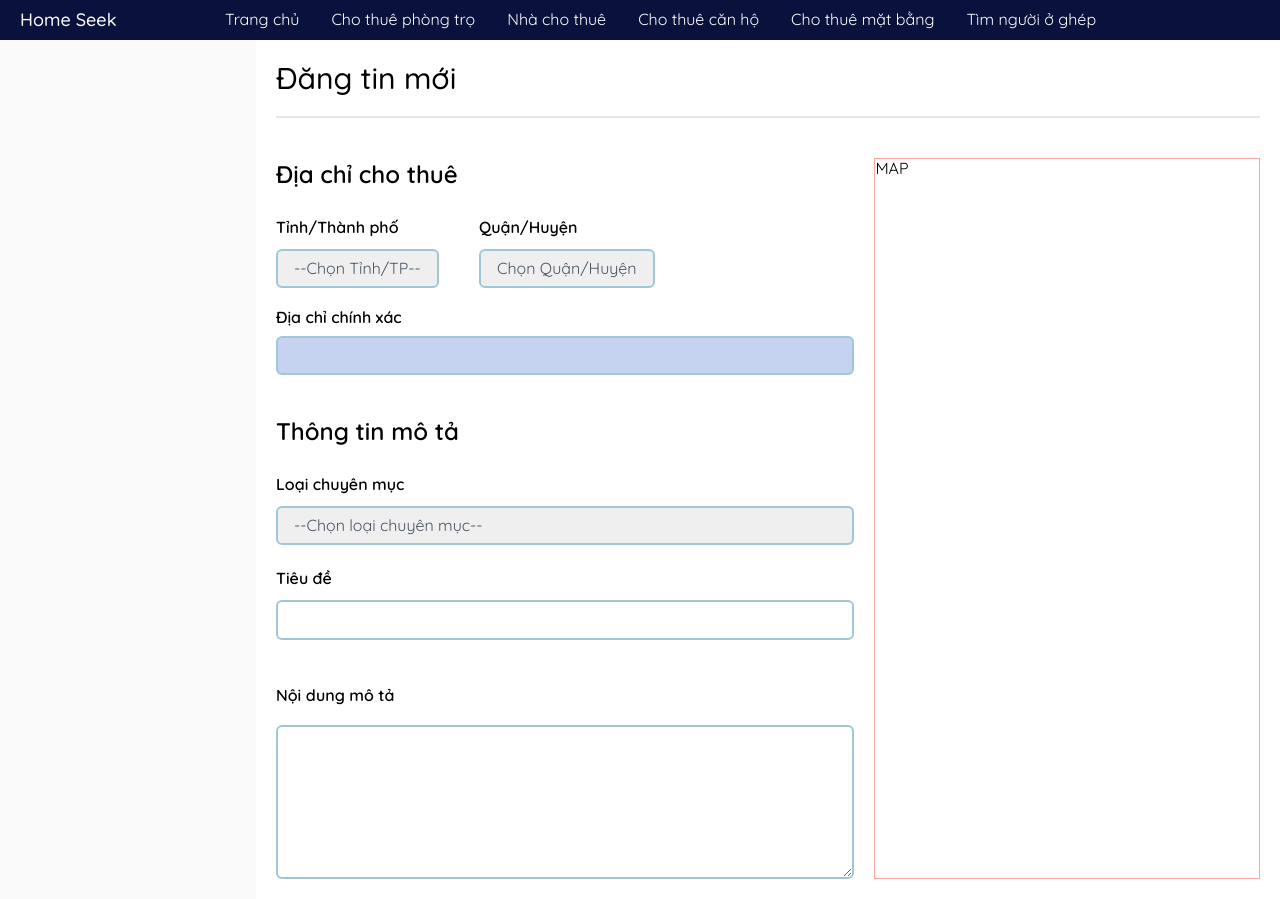
Repository: ajincome26/homeseek
Page: /create (app in client/)
These files come from the project's save history. The page is drawn as it stood at one moment and after the next save; the edit follows.
The browser window is 1280 px wide. The pictures show the whole page.
The page's requests for data from a server got no answer. The project was rebuilt for these pictures with package versions that can differ from the ones it lists, and the page was loaded fresh each time. Some packages were replaced by stand-ins written for this rebuild. No one was signed in, and anything a server would have sent is missing. Also part of the build but not shown: client/vite.config.ts, client/src/components/Footer/Footer.tsx, client/src/components/Button/Button.tsx, client/src/components/Button/index.ts, client/src/utils/utils.tsx, client/src/components/MainHeader/components/User.tsx, client/src/components/Popover/Popover.tsx, client/src/components/Popover/index.ts and 16 more.

Above is the page before, as saved 2024-01-10 05:32:10.

After the next save:
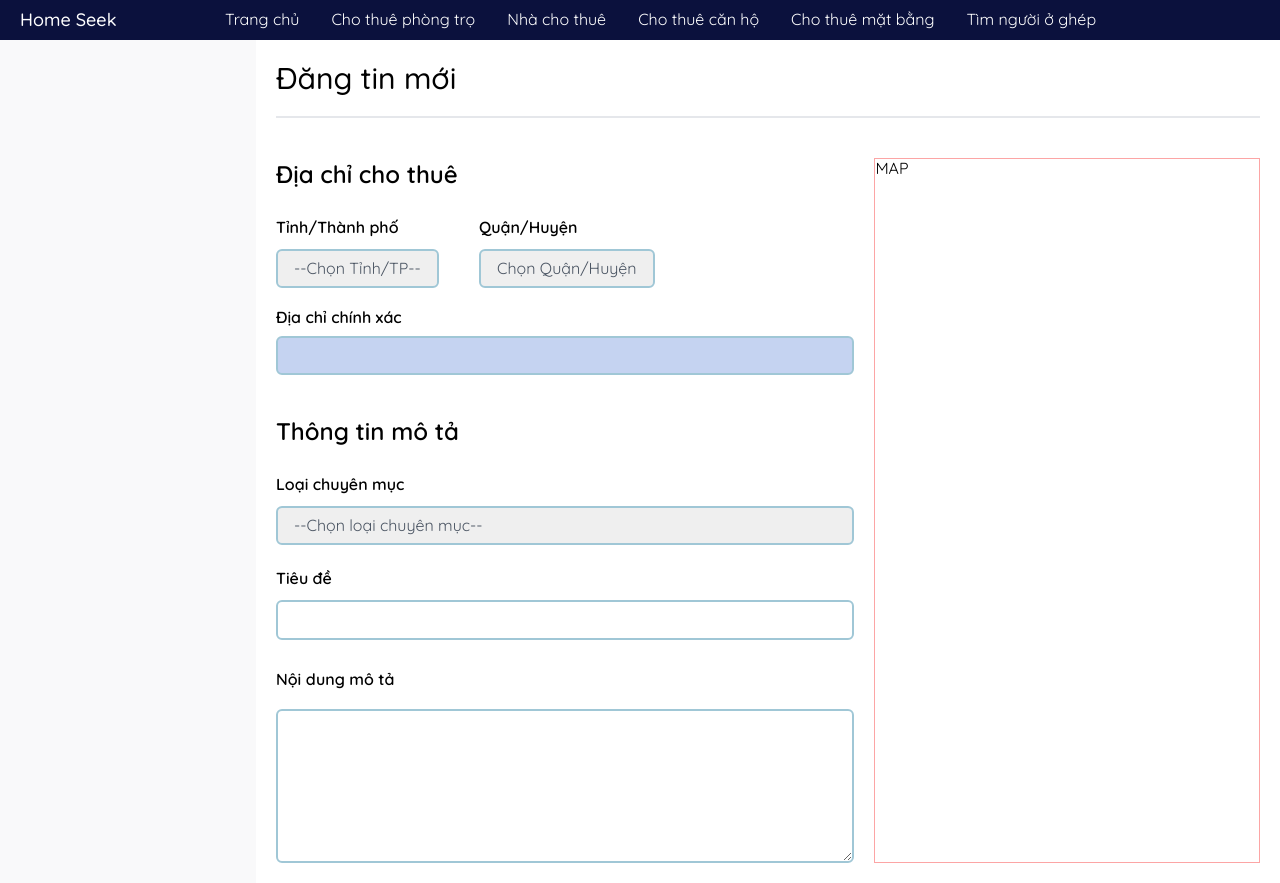
Saved 14 s later.
--- a/client/src/components/Input/Input.tsx
+++ b/client/src/components/Input/Input.tsx
@@ -29,7 +29,7 @@ const Input = <TFieldValues extends FieldValues = FieldValues>({
         autoComplete='on'
       />
       <span className='absolute top-1/2 right-3 translate-y-[-110%] cursor-pointer text-grayDark'>{children}</span>
-      <div className='text-sm text-red-500 min-h-[1rem] leading-4'>{errorMessage}</div>
+      {errorMessage && <div className='text-sm text-red-500 min-h-[1rem] leading-4'>{errorMessage}</div>}
     </div>
   )
 }
